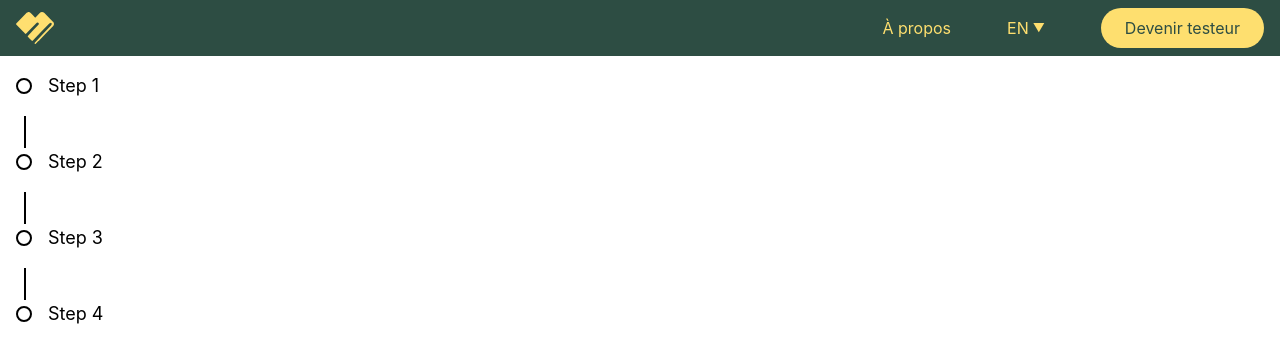
Repository: enas-elm/bookish-landing
Page: /
An editor plug-in stored every save of this project. The page is shown before and after the next save, followed by the edit.
The browser window is 1280 px wide. The pictures show the whole page.
The project was rebuilt for these pictures with package versions that can differ from the ones it lists, and the page was loaded fresh each time.

Above is the page before, as saved 2024-09-11 15:26:20.

### src/index.css
@tailwind base;
@tailwind components;
@tailwind utilities;

body {
  margin: 0;
  font-family: -apple-system, BlinkMacSystemFont, 'Segoe UI', 'Roboto', 'Oxygen',
    'Ubuntu', 'Cantarell', 'Fira Sans', 'Droid Sans', 'Helvetica Neue',
    sans-serif;
  -webkit-font-smoothing: antialiased;
  -moz-osx-font-smoothing: grayscale;
}

code {
  font-family: source-code-pro, Menlo, Monaco, Consolas, 'Courier New',
    monospace;
}

@layer base {
  @font-face {
      font-family: 'DM Sans Italic';
      src: url('../public/font/DMSans-VariableFont_opsz,wght.ttf') format('truetype');
      font-weight: 100 900;
       font-style: italic;
  }
  @font-face {
        font-family: "Passion One";
        src: url('../public/font/PassionOne-Regular.ttf') format('truetype');
        font-weight: normal;
        font-style: normal;
    }
    @font-face {
            font-family: "DM Display";
            src: url('../public/font/DMSerifDisplay-Regular.ttf') format('truetype');
            font-weight: normal;
            font-style: normal;
        }
    @font-face {
                font-family: "Inter";
                src: url('../public/font/Inter-VariableFont_opsz,wght.ttf') format('truetype');
                font-weight: 700;
            }
}

### src/App.js
import logo from "./logo.svg";
import "./App.css";
import Navbar from "./components/Navbar";
import "./index.css";
import TimeLine from "./components/TimeLine";

function App() {
  return (
    <div className="App">
      <header className="header">
        <Navbar />
      </header>
      <TimeLine />
    </div>
  );
}

export default App;

### src/components/Navbar.js
import React, { useState, useRef, useEffect } from 'react'

const Navbar = () => {
  const [language, setLanguage] = useState('EN')
  const [dropdownOpen, setDropdownOpen] = useState(false)
  const dropdownRef = useRef(null)

  const toggleDropdown = () => {
    setDropdownOpen(!dropdownOpen)
  };

  const selectLanguage = (lang) => {
    setLanguage(lang)
    setDropdownOpen(false)
  };

  useEffect(() => {
    const handleClickOutside = (event) => {
      if (dropdownRef.current && !dropdownRef.current.contains(event.target)) {
        setDropdownOpen(false)
      }
    };
    document.addEventListener('mousedown', handleClickOutside)
    return () => {
      document.removeEventListener('mousedown', handleClickOutside)
    };
  }, [])

  return (
    <nav className="w-full bg-green px-4 py-2 flex justify-between items-center">
      <div className="flex-shrink-0">
        <img src="/Vector-jaune.svg" alt="Bookish" className="h-8" />
      </div>

      <div className="flex items-center gap-5 justify-end space-x-6">
        <a href="/about" className="hover:underline text-yellow">
          À propos
        </a>
        <div className="relative" ref={dropdownRef}>
          <button
            className="bg-transparent text-yellow px-3 py-1 focus:outline-none flex items-center gap-1"
            onClick={toggleDropdown}
          >
            {language} <span className="text-xs">▼</span>
          </button>

          {dropdownOpen && (
            <div className="absolute right-0 mt-2 py-2 w-32 bg-white text-black rounded-md shadow-lg z-10">
              <button
                className={`block w-full text-left px-4 py-2 hover:bg-gris ${language === 'EN' ? 'bg-gris' : ''}`}
                onClick={() => selectLanguage('EN')}
              >
                EN
              </button>
              <button
                className={`block w-full text-left px-4 py-2 hover:bg-gris ${language === 'FR' ? 'bg-gris' : ''}`}
                onClick={() => selectLanguage('FR')}
              >
                FR
              </button>
            </div>
          )}
        </div>

        <button className="bg-yellow text-green px-6 py-2 rounded-full hover:bg-yellow-500 hover:scale-105 hover:shadow-lg transition transform duration-300 ease-in-out">
          Devenir testeur
        </button>
      </div>
    </nav>
  )
}

export default Navbar

### src/components/TimeLine.js
import React, { useState } from "react";

const menuItems = [
  { id: 1, label: "Step 1" },
  { id: 2, label: "Step 2" },
  { id: 3, label: "Step 3" },
  { id: 4, label: "Step 4" },
];

function TimelineMenu() {
  const [selectedItem, setSelectedItem] = useState(null);

  const handleClick = (id) => {
    setSelectedItem(id);
  };

  return (
    <div className="flex flex-col items-start p-4">
      {menuItems.map((item, index) => (
        <div key={item.id} className="flex flex-col items-start">
          {/* Timeline Item */}
          <div
            onClick={() => handleClick(item.id)}
            className={`flex items-center cursor-pointer transition-colors mb-4 ${
              selectedItem >= item.id ? "text-white" : "text-gray-700"
            }`}
          >
            <div
              className={`w-4 h-4 rounded-full border-2 mr-4 transition-colors ${
                selectedItem >= item.id
                  ? "border-blue-500 bg-blue-500"
                  : "border-gray-400"
              }`}
            ></div>
            <span className="text-lg">{item.label}</span>
          </div>
          {/* Vertical Line */}
          {index < menuItems.length - 1 && (
            <div
              className={`h-8 border-l-2 ml-2 transition-colors ${
                selectedItem >= item.id + 1
                  ? "bg-white"
                  : selectedItem === item.id
                  ? "bg-white"
                  : "bg-white"
              }`}
            ></div>

          )}
        </div>
      ))}
    </div>
  );
}

export default TimelineMenu;

### tailwind.config.js
/** @type {import('tailwindcss').Config} */
module.exports = {
  content: ["./src/**/*.{js,jsx,ts,tsx}"],
  theme: {
    colors: {
      green: "#2D4D43",
      greenlight: "#8EBDAF",
      white: "#FAFAFA",
      beige: "#D8CCB5",
      black: "#131313",
      gris: "#E4E0DE",
      "gris-foncé": "#1B1E28",
      yellow: "#FEDF6F",
    },
    fontFamily: {
      "dm-sans-italic": ['"DM Sans Italic"', "sans-serif"],
      "passion-one": ["PassionOne-Regular"],
      "dm-display": ["DMSerifDisplay-Regular"],
      inter: ["Inter"],
    },
    extend: {},
  },
  plugins: [],
};

Loaded but not shown: public/index.html (common file); src/index.js (common file); src/reportWebVitals.js (common file); src/App.css (common file)

After the next save:
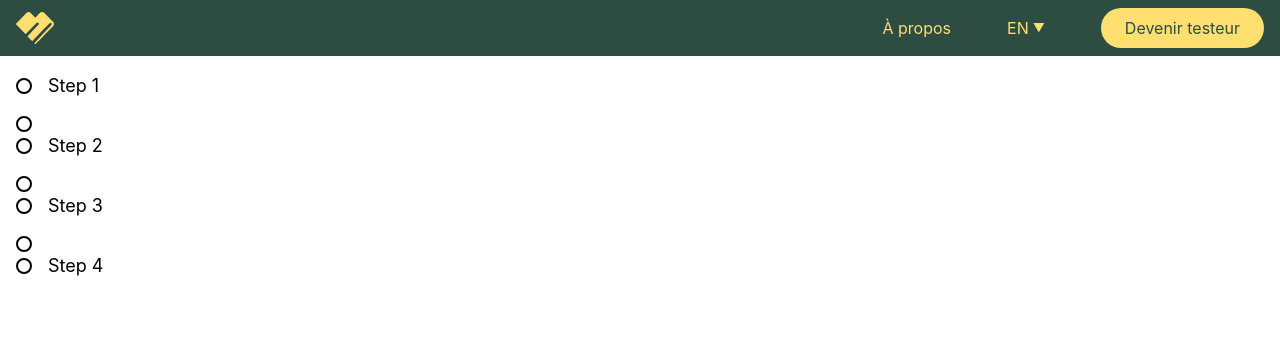
Saved 5 s later.
--- a/src/components/TimeLine.js
+++ b/src/components/TimeLine.js
@@ -37,15 +37,12 @@
           {/* Vertical Line */}
           {index < menuItems.length - 1 && (
             <div
-              className={`h-8 border-l-2 ml-2 transition-colors ${
-                selectedItem >= item.id + 1
-                  ? "bg-white"
-                  : selectedItem === item.id
-                  ? "bg-white"
-                  : "bg-white"
+              className={`w-4 h-4 rounded-full border-2 mr-4 transition-colors ${
+                selectedItem >= item.id
+                  ? "border-blue-500 bg-blue-500"
+                  : "border-gray-400"
               }`}
             ></div>
-
           )}
         </div>
       ))}

After the save that followed:
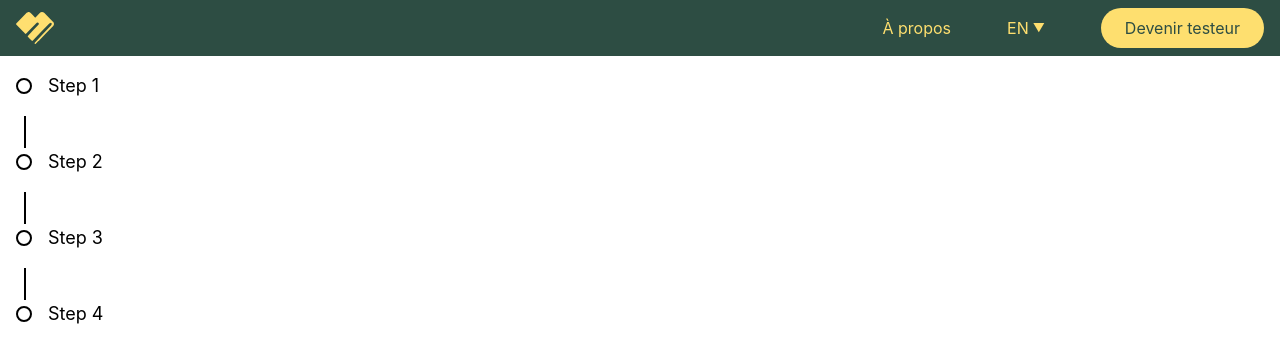
Saved 5 s later.
--- a/src/components/TimeLine.js
+++ b/src/components/TimeLine.js
@@ -37,10 +37,12 @@
           {/* Vertical Line */}
           {index < menuItems.length - 1 && (
             <div
-              className={`w-4 h-4 rounded-full border-2 mr-4 transition-colors ${
-                selectedItem >= item.id
-                  ? "border-blue-500 bg-blue-500"
-                  : "border-gray-400"
+              className={`h-8 border-l-2 ml-2 transition-colors ${
+                selectedItem >= item.id + 1
+                  ? "bg-white"
+                  : selectedItem === item.id
+                  ? "bg-white"
+                  : "bg-white"
               }`}
             ></div>
           )}
